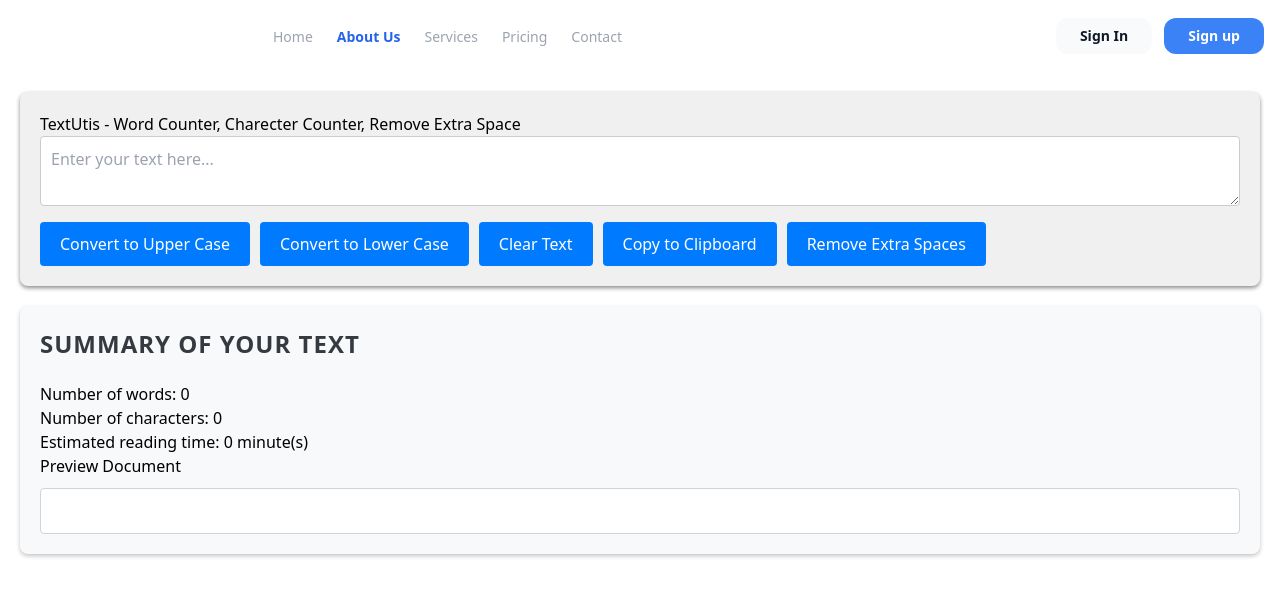
Repository: sriram1224/Text-converter
Page: /contact
An editor plug-in stored every save of this project. The page is shown before and after the next save, followed by the edit.
The browser window is 1280 px wide. The pictures show the whole page.
The project was rebuilt for these pictures with package versions that can differ from the ones it lists, and the page was loaded fresh each time. Also part of the build but not shown: src/App.css.

Above is the page before, as saved 2024-03-25 03:21:11.

### src/App.js
import Home from './Home';
import './App.css';
import Navbar from './Navbar';

function App() {
  return (
    <div className="App">
      <Navbar />
      <Home />
    </div>
  );
}

export default App;

### src/Home.jsx
import React, { useState } from 'react';
import './Home.css';

function InputComponent({ onTextChange }) {
  const [text, setText] = useState('');

  const handleInputChange = (event) => {
    setText(event.target.value);
    onTextChange(event.target.value);
  };

  const convertToUpperCase = () => {
    const upperCaseText = text.toUpperCase();
    setText(upperCaseText);
    onTextChange(upperCaseText);
  };

  const convertToLowerCase = () => {
    const lowerCaseText = text.toLowerCase();
    setText(lowerCaseText);
    onTextChange(lowerCaseText);
  };

  const clearText = () => {
    setText('');
    onTextChange('');
  };

  const copyToClipboard = () => {
    navigator.clipboard.writeText(text);
  };

  const removeExtraSpaces = () => {
    const trimmedText = text.replace(/\s+/g, ' ').trim();
    setText(trimmedText);
    onTextChange(trimmedText);
  };

  return (
      <div className="input-container">
          <h1>TextUtis - Word Counter, Charecter Counter, Remove Extra Space</h1>
      <textarea
        type="text"
        value={text}
        onChange={handleInputChange}
        className="input-field"
        placeholder="Enter your text here..."
      />
      <button onClick={convertToUpperCase} className="btn">Convert to Upper Case</button>
      <button onClick={convertToLowerCase} className="btn">Convert to Lower Case</button>
      <button onClick={clearText} className="btn">Clear Text</button>
      <button onClick={copyToClipboard} className="btn">Copy to Clipboard</button>
      <button onClick={removeExtraSpaces} className="btn">Remove Extra Spaces</button>
    </div>
  );
}

function TextSummary({ text }) {
  const wordCount = text.split(/\s+/).filter((word) => word).length;
  const characterCount = text.length;
  const readingTime = Math.round(wordCount / 200); // assuming an average reading speed of 200 words per minute

  return (
    <div className="summary-container">
      <h1 className="summary-heading">Summary of Your Text</h1>
      <p>Number of words: {wordCount}</p>
      <p>Number of characters: {characterCount}</p>
      <p>Estimated reading time: {readingTime} minute(s)</p>
      <h2>Preview Document</h2>
      <input className="preview-text" value={text} readOnly />
    </div>
  );
}

function Home() {
  const [text, setText] = useState('');

  const handleTextChange = (newText) => {
    setText(newText);
  };

  return (
    <div className="container">
      <InputComponent onTextChange={handleTextChange} />
      <TextSummary text={text} />
    </div>
  );
}

export default Home;

### src/Navbar.jsx
import React, { useState } from 'react';

function Navbar() {
  const [isMenuOpen, setIsMenuOpen] = useState(false);

  const toggleMenu = () => {
    setIsMenuOpen(!isMenuOpen);
  };

  return (
    <nav className="relative px-4 py-4 flex justify-between items-center bg-white">
      <a className="text-3xl font-bold leading-none" href="#">
        <svg className="h-10" alt="logo" viewBox="0 0 10240 10240">
          {/* SVG Path */}
        </svg>
      </a>
      <div className="lg:hidden">
        <button className="navbar-burger flex items-center text-blue-600 p-3" onClick={toggleMenu}>
          <svg className="block h-4 w-4 fill-current" viewBox="0 0 20 20" xmlns="http://www.w3.org/2000/svg">
            <title>Mobile menu</title>
            <path d="M0 3h20v2H0V3zm0 6h20v2H0V9zm0 6h20v2H0v-2z"></path>
          </svg>
        </button>
      </div>
      <ul className={`lg:flex lg:mx-auto lg:flex lg:items-center lg:w-auto lg:space-x-6 ${isMenuOpen ? '' : 'hidden'}`}>
        <li><a className="text-sm text-gray-400 hover:text-gray-500" href="#">Home</a></li>
        <li><a className="text-sm text-blue-600 font-bold" href="#">About Us</a></li>
        <li><a className="text-sm text-gray-400 hover:text-gray-500" href="#">Services</a></li>
        <li><a className="text-sm text-gray-400 hover:text-gray-500" href="#">Pricing</a></li>
        <li><a className="text-sm text-gray-400 hover:text-gray-500" href="#">Contact</a></li>
      </ul>
      <a className="hidden lg:inline-block lg:ml-auto lg:mr-3 py-2 px-6 bg-gray-50 hover:bg-gray-100 text-sm text-gray-900 font-bold rounded-xl transition duration-200" href="#">Sign In</a>
      <a className="hidden lg:inline-block py-2 px-6 bg-blue-500 hover:bg-blue-600 text-sm text-white font-bold rounded-xl transition duration-200" href="#">Sign up</a>
      {isMenuOpen && <div className="navbar-backdrop fixed inset-0 bg-gray-800 opacity-25" onClick={toggleMenu}></div>}
    </nav>
  );
}

export default Navbar;

### src/Home.css
.container {
    margin: auto;
    padding: 20px;
}

.input-container {

    margin: auto;
    background-color: #f0f0f0;
    padding: 20px;
    border-radius: 8px;
    box-shadow: 0 2px 4px rgba(0, 0, 0, 0.46);
}

.input-field {
    width: 100%;
    padding: 10px;
    margin-bottom: 10px;
    border: 1px solid #ccc;
    border-radius: 4px;
    outline: none;
}

.btn {
    padding: 10px 20px;
    margin-right: 10px;
    background-color: #007bff;
    color: white;
    border: none;
    border-radius: 4px;
    cursor: pointer;
    outline: none;
}

.btn:hover {
    background-color: #0056b3;
}

.summary-container {
    margin: 20px auto;
    padding: 20px;
    background-color: #f8f9fa;
    border-radius: 8px;
    box-shadow: 0 2px 4px rgba(0, 0, 0, 0.232);

    transition: all 0.3s ease;
}

.summary-container:hover {
    box-shadow: 0 5px 15px rgba(0, 0, 0, 0.2);
}

.summary-heading {
    font-size: 24px;
    font-weight: bold;
    margin-bottom: 20px;
    color: #343a40;
    text-transform: uppercase;
    letter-spacing: 1px;
}

.preview-text {
    margin-top: 10px;
    padding: 10px;
    border: 1px solid #ced4da;
    border-radius: 4px;
    width: 100%;
    box-sizing: border-box;
    font-size: 16px;
    color: #495057;
    background-color: #ffffff;
    transition: all 0.3s ease;
}

.preview-text:focus {
    border-color: #495057;
    box-shadow: 0 0 0 0.2rem rgba(73, 80, 87, 0.25);
}

### tailwind.config.js
const path = require('path');

module.exports = {
  content: [
    './src/**/*.{html,jsx}',
  ],
  theme: {
    extend: {},
  },
  plugins: [],
};

Loaded but not shown: public/index.html (common file); src/index.js (common file); src/index.css (common file); src/reportWebVitals.js (common file)

After the next save:
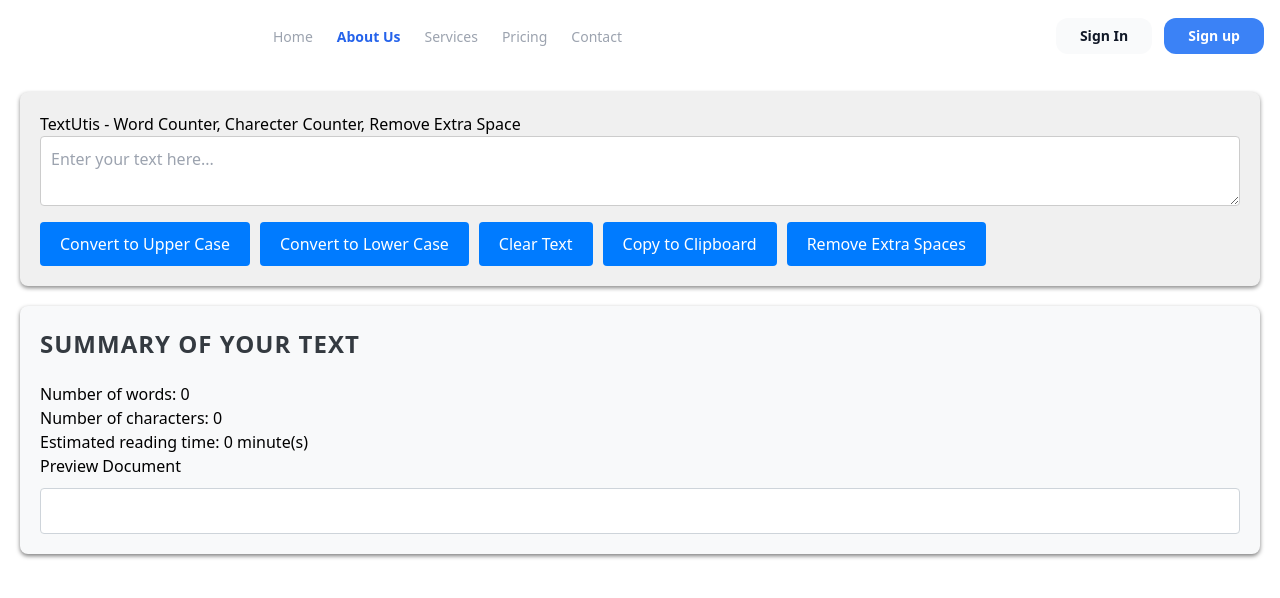
Saved 13 s later.
--- a/src/Home.css
+++ b/src/Home.css
@@ -41,7 +41,7 @@
     padding: 20px;
     background-color: #f8f9fa;
     border-radius: 8px;
-    box-shadow: 0 2px 4px rgba(0, 0, 0, 0.232);
+    box-shadow: 0 2px 4px rgba(0, 0, 0, 0.511);
 
     transition: all 0.3s ease;
 }
